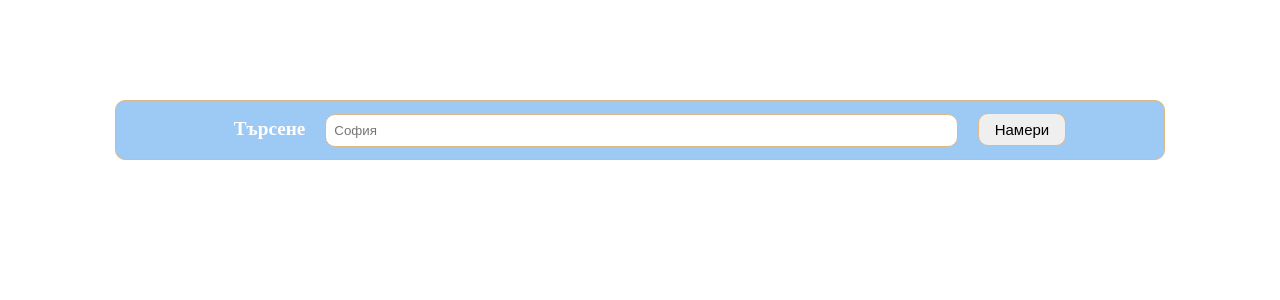
Repository: GeryZlatev/address-search
Page: /
An editor plug-in stored every save of this project. The page is shown before and after the next save, followed by the edit.
The browser window is 1280 px wide. The pictures show the whole page.
The project was rebuilt for these pictures with package versions that can differ from the ones it lists, and the page was loaded fresh each time.

Above is the page before, as saved 2021-04-09 21:20:22.

### public/index.html
<!DOCTYPE html>
<html lang="en">
  <head>
    <meta charset="utf-8" />
    <link rel="icon" href="%PUBLIC_URL%/favicon.ico" />
    <meta name="viewport" content="width=device-width, initial-scale=1" />
    <meta name="viewport" content="width=device-width, initial-scale=1.0">
    <meta name="theme-color" content="#000000" />
    <meta
      name="description"
      content="Web site created using create-react-app"
    />
    <link rel="apple-touch-icon" href="%PUBLIC_URL%/logo192.png" />
    <!--
      manifest.json provides metadata used when your web app is installed on a
      user's mobile device or desktop. See https://developers.google.com/web/fundamentals/web-app-manifest/
    -->
    <link rel="manifest" href="%PUBLIC_URL%/manifest.json" />
    <!--
      Notice the use of %PUBLIC_URL% in the tags above.
      It will be replaced with the URL of the `public` folder during the build.
      Only files inside the `public` folder can be referenced from the HTML.

      Unlike "/favicon.ico" or "favicon.ico", "%PUBLIC_URL%/favicon.ico" will
      work correctly both with client-side routing and a non-root public URL.
      Learn how to configure a non-root public URL by running `npm run build`.
    -->
    <title>React App</title>
  </head>
  <body>
    <noscript>You need to enable JavaScript to run this app.</noscript>
    <div id="root"></div>
    <!--
      This HTML file is a template.
      If you open it directly in the browser, you will see an empty page.

      You can add webfonts, meta tags, or analytics to this file.
      The build step will place the bundled scripts into the <body> tag.

      To begin the development, run `npm start` or `yarn start`.
      To create a production bundle, use `npm run build` or `yarn build`.
    -->
  </body>
</html>

### src/index.css

body {
margin: 100px auto;
/* background-image: url("https://www.brightwaterholidays.com/media/2078/independence-square-sofia_285063071.jpg");
background-repeat: no-repeat; */
}

code {
  font-family: source-code-pro, Menlo, Monaco, Consolas, 'Courier New',
    monospace;
}

### src/App.js

import './App.css';
import SearchBar from './components/SearchBar';

function App() {
  return (
    <div className="App">
      <SearchBar/>
    </div>
  );
}

export default App;

### src/App.css
.App {
  text-align: center;
  margin: 20px auto;

}

### src/components/SearchBar/SearchBar.js
import style from './SearchBar.module.css';

const SearchBar = () => {

    return (
        <div className={style["searchbar-wrapper"]}>
            <form className={style["search-form"]}>
                <label htmlFor="search">
                    Търсене
                </label>
                    <input
                    type="text"
                    autoComplete="true"
                    placeholder="София"
                    name="search"
                    id="search"
                    />

                <input
                    type="submit"
                    value="Намери"
                />
            </form>
        </div>
    )

}

export default SearchBar;

### src/components/SearchBar/SearchBar.module.css
.searchbar-wrapper {
    max-width: 80%;
    margin: 40px auto;
    padding: 12px;
    background: #9DC9F5;
    border: 1px solid burlywood;
    border-radius: 10px;

}

.search-form {
    max-width: 100%;
}

.search-form label {
    margin: 20px;
    font-size: larger;
    font-weight: bold;
    cursor: pointer;
    color: white;

}

.search-form input[type="text"] {
    min-width: 30%;
    width: 60%;
    min-height: 7%;
    margin-right: 20px;
    padding: 8px;
    outline: none;
    border: 1px solid burlywood;
    border-radius: 10px;
}

.search-form input[type="submit"] {
    font-size: 15px;
    font-weight: 100;
    padding: 7px 16px;
    border: 1px solid burlywood;
    border-radius: 10px;
    cursor: pointer;
}

.search-form input[type="submit"]:hover {
    background: transparent;
    color: white;
}

@media only screen and (max-width:620px) {
    .searchbar-wrapper {
    max-width: 90vh;
    padding: 20px 8px;
    background: #9DC9F5;
    opacity: 0.8;
    }

    .search-form {
    max-width: 75%;
    margin: 0px auto;
}

.search-form input[type="text"] {
    width: 100%;
    margin: 5px auto;
    /* background: #ACD1F6; */
}

.search-form input[type="submit"]  {
    display: block;
    width: 80%;
    margin: 0px auto;
    cursor: pointer;
}

.search-form input[type="submit"]:hover {
    border: 1px solid cornsilk;

}

.search-form label {
    font-size: x-large;
}
}

Loaded but not shown: src/index.js (common file); src/reportWebVitals.js (common file); src/components/SearchBar/index.js (common file)

After the next save:
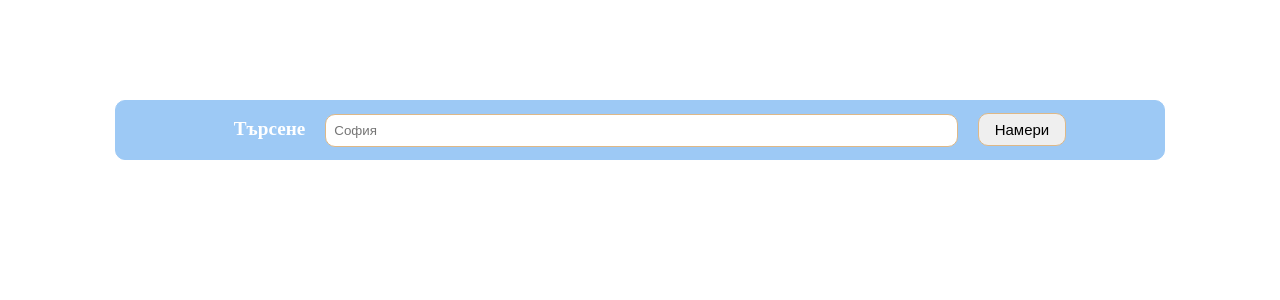
Saved 9 s later.
--- a/src/components/SearchBar/SearchBar.module.css
+++ b/src/components/SearchBar/SearchBar.module.css
@@ -3,7 +3,7 @@
     margin: 40px auto;
     padding: 12px;
     background: #9DC9F5;
-    border: 1px solid burlywood;
+    border: 1px solid #9DC9F5;
     border-radius: 10px;
 
 }
